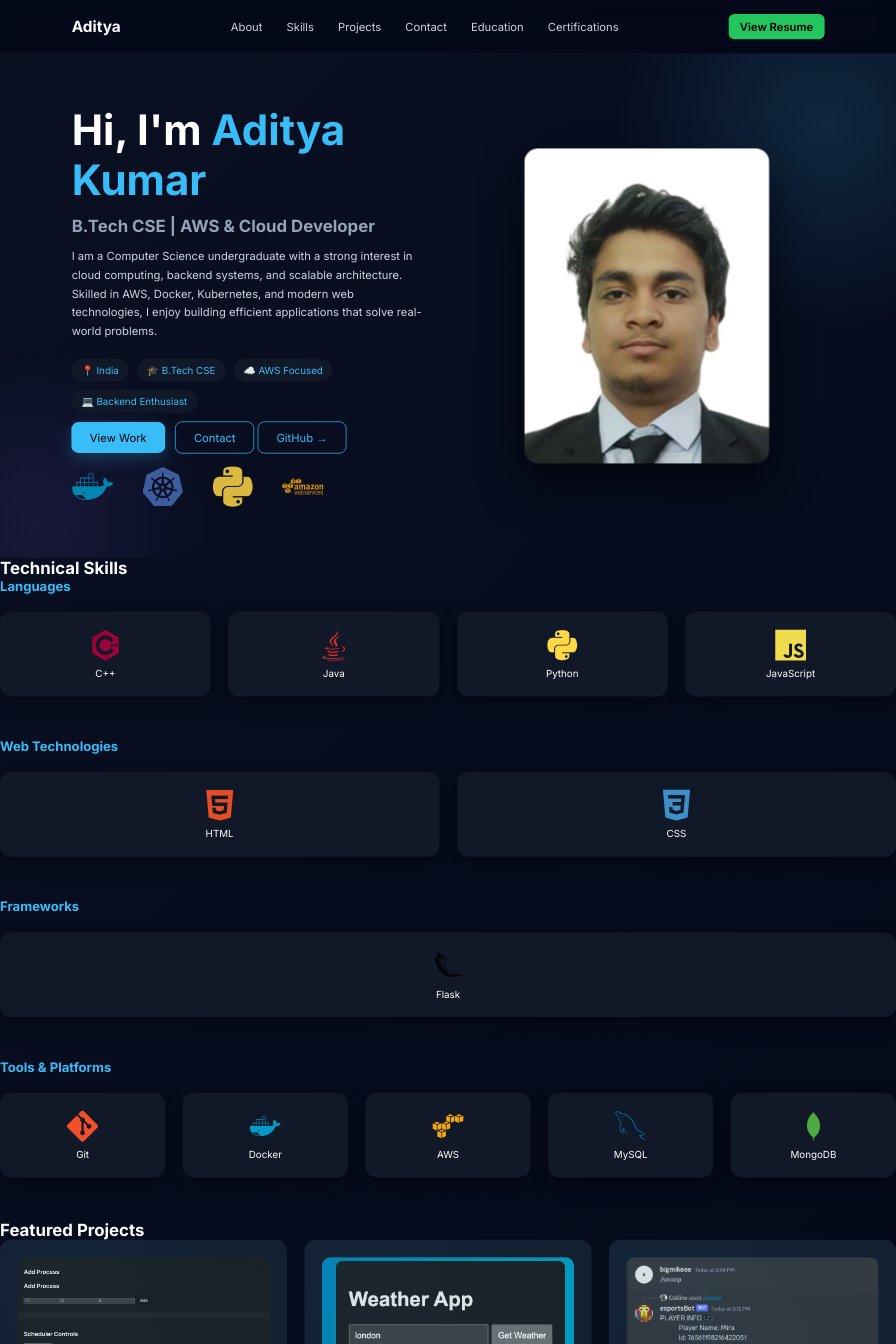
Repository: Aditya2419/My-Portfolio
Page: index.html
These files come from the project's save history. The page is drawn as it stood at one moment and after the next save; the edit follows.
The browser window is 1280 px wide. The pictures show the part of the page from y = 0 to 1920 px (the page is 4158 px tall before and 5123 px after), at 70% of full size.

Above is the page before, as saved 2026-02-19 00:15:17.
Console error: TypeError: Cannot set properties of null (setting 'textContent')

After the next save:
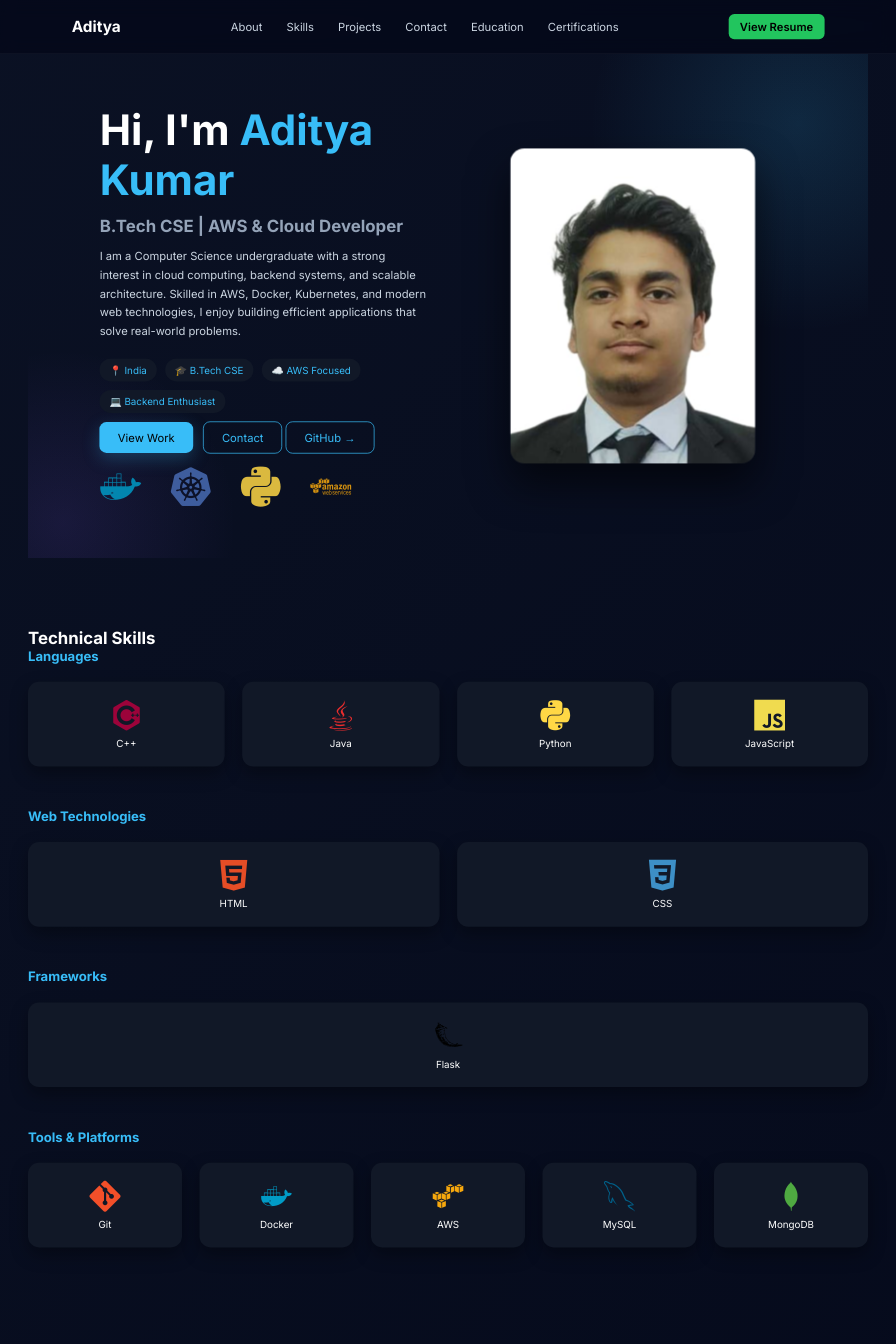
Saved 7 min 14 s later.
--- a/style.css
+++ b/style.css
@@ -1,4 +1,10 @@
 /* GLOBAL RESET */
+section{
+    padding:100px 0;
+    max-width:1200px;
+    margin:0 auto;
+}
+
 
 *{
     margin:0;
